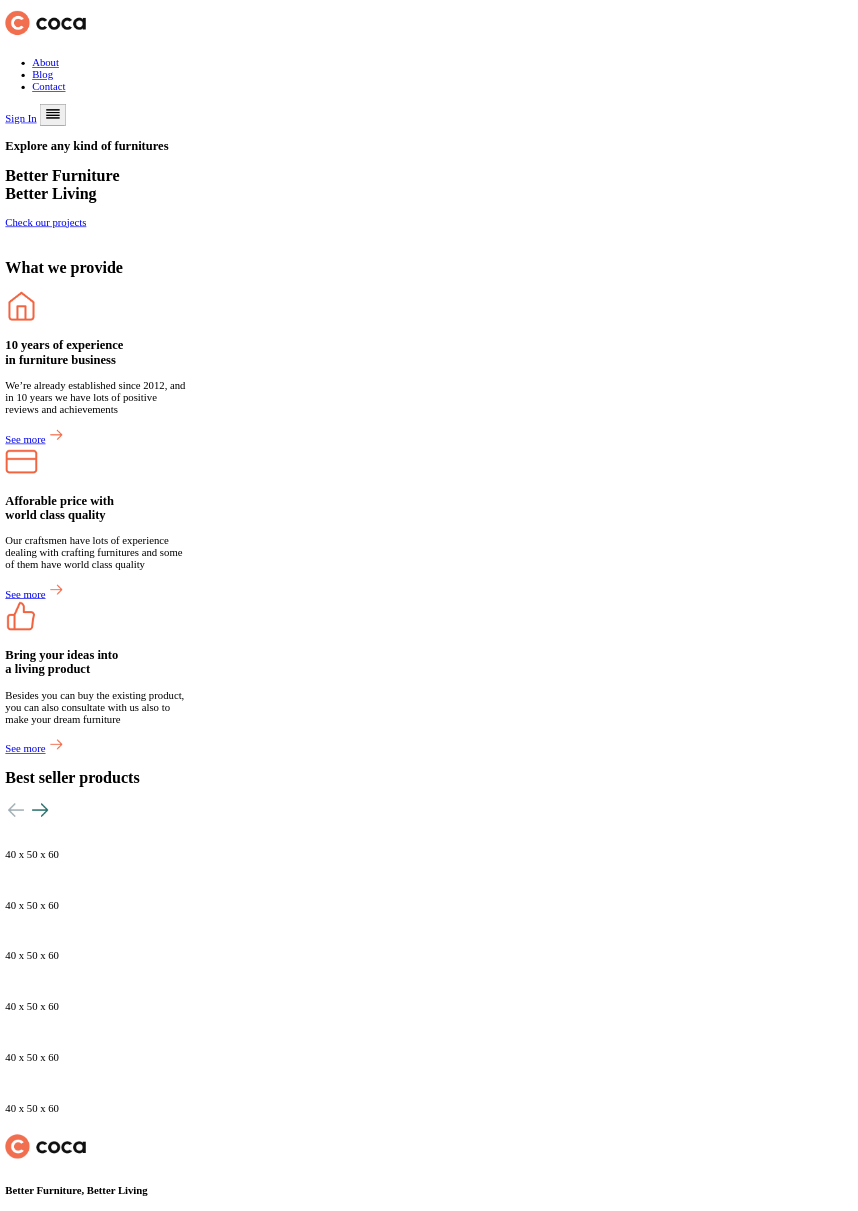
Repository: MatheusEich15/FrontEnd
Page: Prova 1 FrontEnd/Prova 1 FrontEnd/index.html
An editor plug-in stored every save of this project. The page is shown before and after a run of saves, followed by the edit.
The browser window is 1280 px wide. The pictures show the whole page, at 67% of full size.

Above is the page before, as saved 2026-03-12 09:35:00.

### Prova 1 FrontEnd/Prova 1 FrontEnd/index.html
<!DOCTYPE html>

<html lang="en">

<head>
    <meta charset="UTF-8">
    <meta name="viewport" content="width=device-width, initial-scale=1.0">
    <title>Coca</title>
    <link rel="stylesheet" href="style.css">
    <!--  -->
</head>

<body>

    <header>

        <div id="links-header"> <!-- div para links do lado esquerdo -->
            <div id="logo-header"><img src="./assets/images/Logo images/Logo.png" alt="Logo"></div>
            <nav>
                <ul>
                    <li><a href="#"><span>About</span></a></li>
                    <li><a href="#">Blog</a></li>
                    <li><a href="#">Contact</a></li>
                </ul>
            </nav>
        </div>
        <div id="btn-header"> <!-- div para links do lado direito -->
            <a id="sign-in-btn" href="#">Sign In</a>
            <button><img src="./assets/icons/Menu.png" alt="Menu"></button>
        </div>

    </header>

    <main>

        <section id="introduction"> <!-- Introdução ao site -->
            <div id="introduction-content">
                <h3>Explore any kind of furnitures</h3>
                <h1>Better Furniture <br>
                    Better Living</h1>
                <div id="introduction-btn">
                    <a href="#">Check our projects</a>
                    <div id="right-arrow"><img src="./assets/icons/Short Right Arrow.png" alt="Seta"></div>
                </div>
            </div>
        </section>

        <section id="about"> <!-- Sobre o site -->
            <div id="title">
                <h2>What we provide</h2>
            </div>
            <div id="about-items">
                <div class="about-item">
                    <img src="./assets/icons/Home.png" alt="Ícone de Home">
                    <h3>10 years of experience <br>
                        in furniture business</h3>
                    <p>We’re already established since 2012, and <br>
                        in 10 years we have lots of positive <br>
                        reviews and achievements</p>
                    <div>
                        <a href="#">See more</a>
                        <img src="./assets/icons/Normal Right Arrow.png" alt="Seta">
                    </div>
                </div>
                <div class="about-item">
                    <img src="./assets/icons/Credit Card.png" alt="Ícone de Cartão de Crédito">
                    <h3>Afforable price with <br>
                        world class quality</h3>
                    <p>Our craftsmen have lots of experience <br>
                        dealing with crafting furnitures and some <br>
                        of them have world class quality</p>
                    <div>
                        <a href="#">See more</a>
                        <img src="./assets/icons/Normal Right Arrow.png" alt="Seta">
                    </div>
                </div>
                <div class="about-item">
                    <img src="./assets/icons/Thumbs Up.png" alt="Ícone de Polegares Para Cima">
                    <h3>Bring your ideas into <br>
                        a living product</h3>
                    <p>Besides you can buy the existing product, <br>
                        you can also consultate with us also to <br>
                        make your dream furniture</p>
                    <div>
                        <a href="#">See more</a>
                        <img src="./assets/icons/Normal Right Arrow.png" alt="Seta">
                    </div>
                </div>
            </div>
        </section>

        <section id="products"> <!-- Produtos disponíveis -->
            <div id="title">
                <h2>Best seller products</h2>
                <div id="title-btn">
                    <img src="./assets/icons/Normal Left Arrow Sells.png" alt="Seta">
                    <img src="./assets/icons/Normal Right Arrow Sells.png" alt="Seta">
                </div>
            </div>
            <div id="products-items">
                <div class="product-item">
                    <img src="" alt="">
                    <p></p>
                    <h3></h3>
                    <p>40 x 50 x 60</p>
                    <h4></h4>
                </div>
                <div class="product-item">
                    <img src="" alt="">
                    <p></p>
                    <h3></h3>
                    <p>40 x 50 x 60</p>
                    <h4></h4>
                </div>
                <div class="product-item">
                    <img src="" alt="">
                    <p></p>
                    <h3></h3>
                    <p>40 x 50 x 60</p>
                    <h4></h4>
                </div>
                <div class="product-item">
                    <img src="" alt="">
                    <p></p>
                    <h3></h3>
                    <p>40 x 50 x 60</p>
                    <h4></h4>
                </div>
                <div class="product-item">
                    <img src="" alt="">
                    <p></p>
                    <h3></h3>
                    <p>40 x 50 x 60</p>
                    <h4></h4>
                </div>
                <div class="product-item">
                    <img src="" alt="">
                    <p></p>
                    <h3></h3>
                    <p>40 x 50 x 60</p>
                    <h4></h4>
                </div>
            </div>
        </section>

        <section id="projects">

        </section>

        <section id="news">

        </section>

        <section id="testimonials">

        </section>

    </main>

    <footer>

        <div id="footer-top"> <!-- Parte superior à divisória do footer -->
            <div id="logo-footer"><img src="./assets/images/Logo images/Logo.png" alt="Logo"></div>
            <div><h4>Better Furniture, Better Living</h4></div>
            <div id="footer-contact">

            </div>
            <div id="footer-website">

            </div>
            <div id="footer-products">

            </div>
        </div>
        <div id="footer-bottom"> <!-- Parte inferior à divisória do footer -->
            <div id="copyrights">

            </div>
            <div id="footer-policy">

            </div>
            <div id="footer-media">

            </div>
        </div>

    </footer>

</body>

</html>

### Prova 1 FrontEnd/Prova 1 FrontEnd/style.css
@import url('https://fonts.googleapis.com/css2?family=Inter:ital,opsz,wght@0,14..32,100..900;1,14..32,100..900&family=Poppins:ital,wght@0,100;0,200;0,300;0,400;0,500;0,600;0,700;0,800;0,900;1,100;1,200;1,300;1,400;1,500;1,600;1,700;1,800;1,900&family=Raleway:ital,wght@0,100..900;1,100..900&display=swap');

After the next 4 saves:
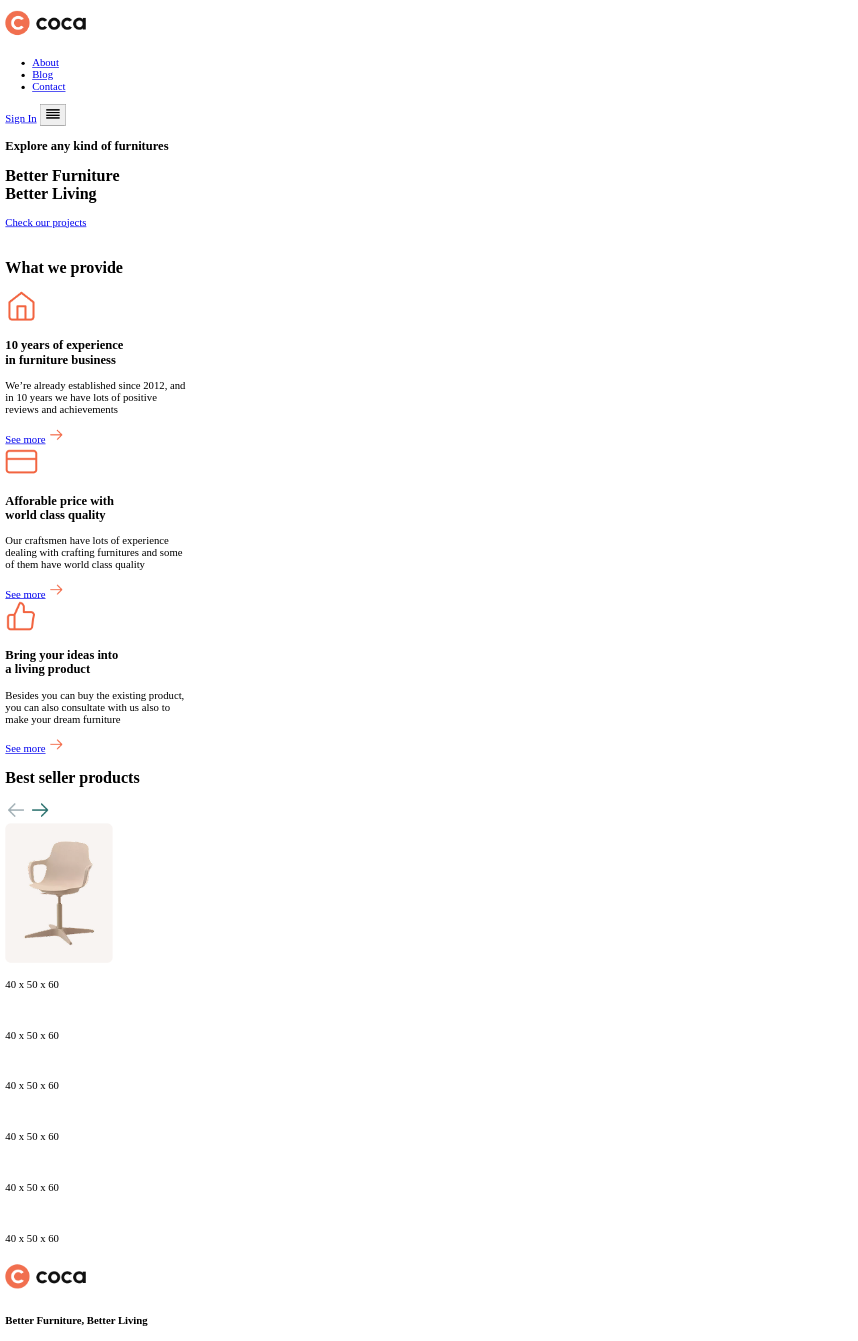
The 4 saves are shown as one change because they came seconds apart.
The last was saved 17 min 5 s later.
--- a/Prova 1 FrontEnd/Prova 1 FrontEnd/index.html
+++ b/Prova 1 FrontEnd/Prova 1 FrontEnd/index.html
@@ -99,7 +99,7 @@
             </div>
             <div id="products-items">
                 <div class="product-item">
-                    <img src="" alt="">
+                    <img src="./assets/images/Products images/Cream Office Chair.png" alt="">
                     <p></p>
                     <h3></h3>
                     <p>40 x 50 x 60</p>
